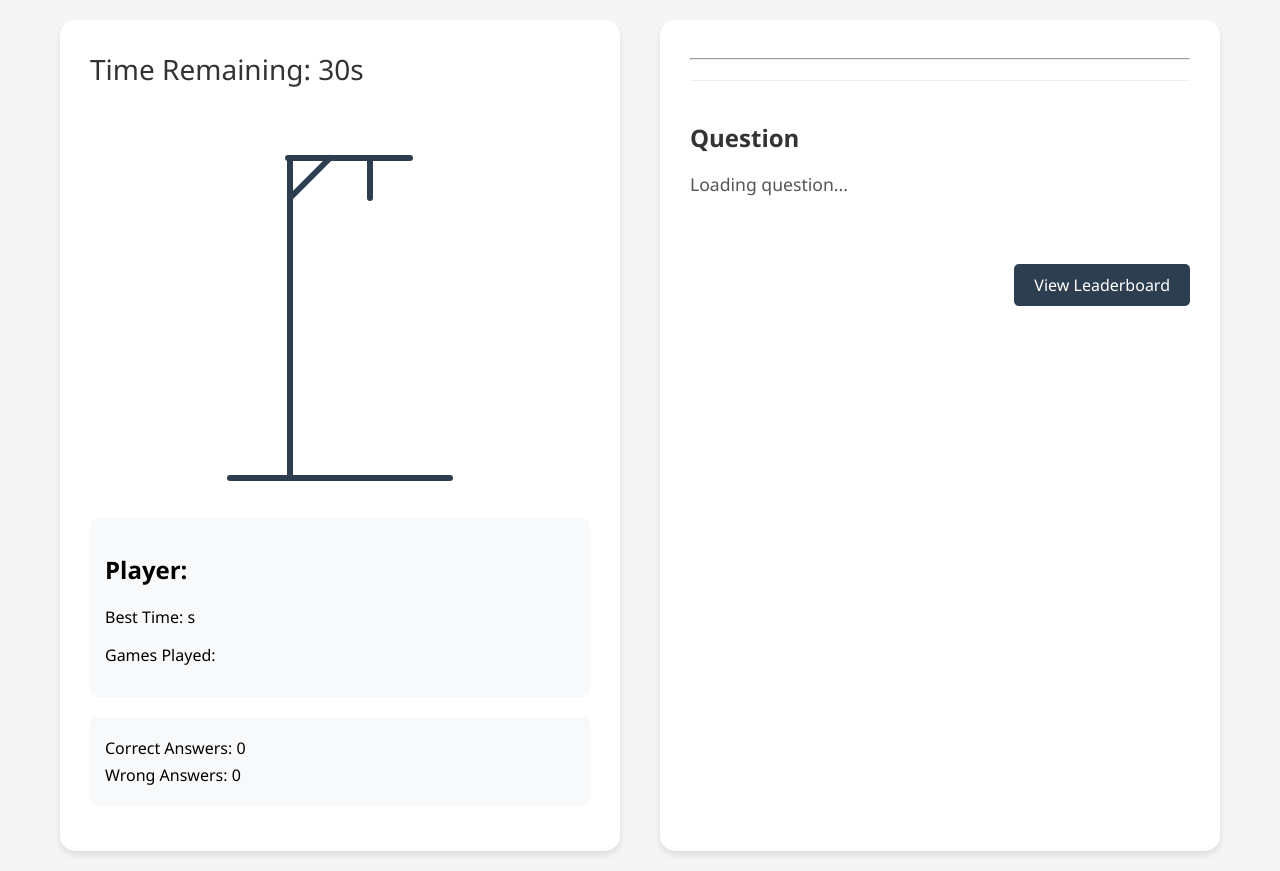
Repository: Team-4i/iks
Page: hang/templates/hang/game.html
An editor plug-in stored every save of this project. The page is shown before and after the next save, followed by the edit.
The browser window is 1280 px wide. The pictures show the whole page.
The template is drawn by Django 5.2. The application's start-up code is not run. The template is opened directly, without the code that normally fills it, so the values that code supplies are empty.

Above is the page before, as saved 2025-04-18 17:58:44.
Console error: SyntaxError: Unexpected token ','

After the next save:
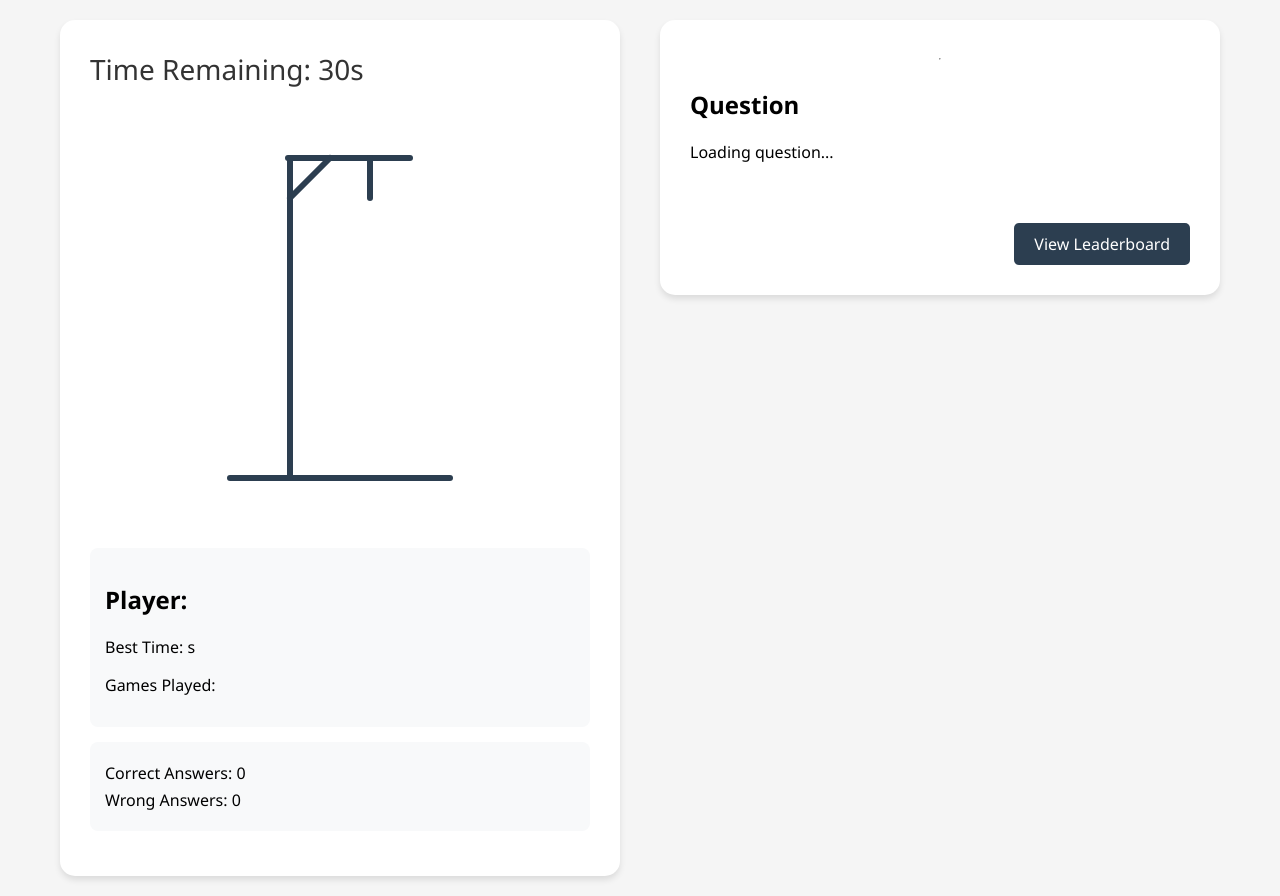
Saved 13 s later.
--- a/hang/static/hang/css/style.css
+++ b/hang/static/hang/css/style.css
@@ -15,6 +15,7 @@ body {
     grid-template-columns: 1fr 1fr;
     gap: 40px;
     min-height: 100vh;
+    align-items: flex-start; /* Align items to the top */
     box-sizing: border-box;
 }
 
@@ -23,6 +24,7 @@ body {
     border-radius: 15px;
     padding: 30px;
     box-shadow: 0 4px 6px rgba(0, 0, 0, 0.1);
+    /* No fixed height needed, let it grow with content */
 }
 
 /* Timer Component */
@@ -107,6 +109,11 @@ body {
     border-radius: 15px;
     padding: 30px;
     box-shadow: 0 4px 6px rgba(0, 0, 0, 0.1);
+    display: flex;
+    flex-direction: column;
+    /* Set a max-height relative to viewport or container height */
+    max-height: calc(100vh - 40px); /* Adjust 40px based on body/container padding */
+    overflow: hidden; /* Hide direct overflow */
 }
 
 .hangman-parts {
@@ -139,7 +146,7 @@ body {
 }
 
 .player-info {
-    margin-bottom: 20px;
+    margin-top: 30px; /* Add space above player info */
     padding: 15px;
     background: #f8f9fa;
     border-radius: 8px;
@@ -298,7 +305,7 @@ body {
     background-color: #f8f9fa;
     padding: 15px;
     border-radius: 8px;
-    margin: 15px 0;
+    margin: 15px 0; /* Maintain vertical spacing */
     font-weight: 500;
 }
 
@@ -459,21 +466,17 @@ body {
 
 /* Question Section */
 .question-section {
-    margin-top: 20px;
-    padding-top: 20px;
-    border-top: 1px solid #eee;
-}
-
-.question-section h2 {
-    color: #333;
-    margin-bottom: 15px;
-}
-
-#question-text {
-    font-size: 1.1em;
-    margin-bottom: 20px;
-    color: #555;
-    min-height: 3em;
+    margin-top: 0; /* Removed redundant top margin */
+    padding-top: 0; /* Removed redundant top padding */
+    border-top: none; /* Remove border if it was just separating stats */
+    flex-grow: 1; /* Allow question section to take available space */
+    overflow-y: auto; /* Enable vertical scrolling for question content */
+    min-height: 100px; /* Ensure it has some minimum height */
+}
+
+#question-content {
+    /* No specific overflow needed here, handled by parent */
+    margin-bottom: 20px; /* Add some space before controls */
 }
 
 /* Common Question Styles */
